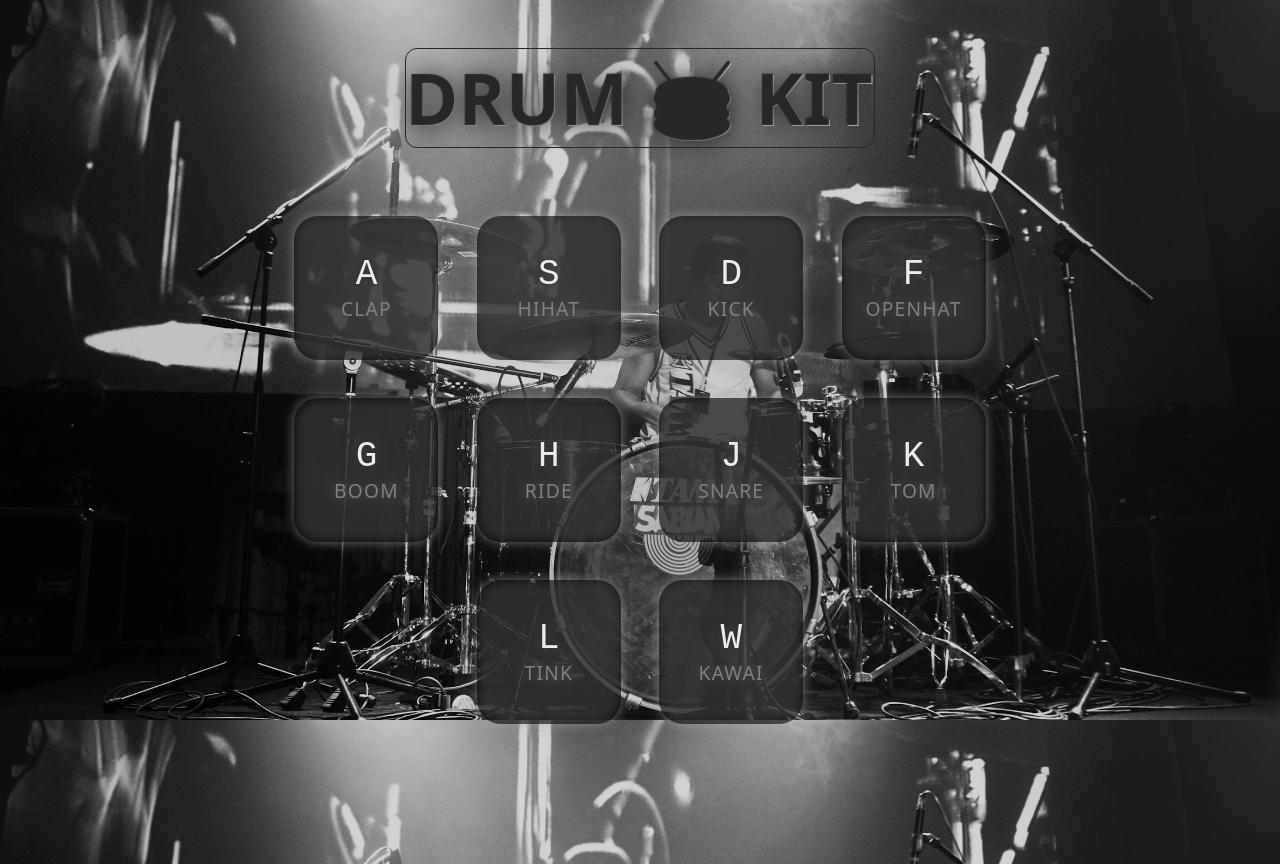
Repository: Freezler/drumkitJS
Page: index.html
These files come from the project's save history. The page is drawn as it stood at one moment and after the next save; the edit follows.
The browser window is 1280 px wide. The pictures show the whole page.
Backgrounds fixed to the window are drawn as part of the page.

Above is the page before, as saved 2024-08-24 13:00:44.
Console error: ReferenceError: key is not defined

### index.html
<!DOCTYPE html>
<html lang="en">

<head>
  <meta charset="UTF-8">
  <title>JS Drum Kit</title>
  <link rel="stylesheet" href="style.css">
  <link rel="icon" href="https://fav.farm/🔥" />
</head>

<body>
  <main>

    <h1>Drum 🥁 Kit</h1>

    <div class="keys">
      <div data-key="65" class="key">
        <kbd>A</kbd>
        <span class="sound">clap</span>
      </div>
      <div data-key="83" class="key">
        <kbd>S</kbd>
        <span class="sound">hihat</span>
      </div>
      <div data-key="68" class="key">
        <kbd>D</kbd>
        <span class="sound">kick</span>
      </div>
      <div data-key="70" class="key">
        <kbd>F</kbd>
        <span class="sound">openhat</span>
      </div>
      <div data-key="71" class="key">
        <kbd>G</kbd>
        <span class="sound">boom</span>
      </div>
      <div data-key="72" class="key">
        <kbd>H</kbd>
        <span class="sound">ride</span>
      </div>
      <div data-key="74" class="key">
        <kbd>J</kbd>
        <span class="sound">snare</span>
      </div>
      <div data-key="75" class="key">
        <kbd>K</kbd>
        <span class="sound">tom</span>
      </div>
      <div data-key="76" class="key">
        <kbd>L</kbd>
        <span class="sound">tink</span>
      </div>
      <div data-key="87" class="key">
        <kbd>W</kbd>
        <span class="sound">kawai</span>
      </div>
    </div>
  </main>

  <audio data-key="65" src="sounds/clap.wav"></audio>
  <audio data-key="83" src="sounds/hihat.wav"></audio>
  <audio data-key="68" src="sounds/kick.wav"></audio>
  <audio data-key="70" src="sounds/openhat.wav"></audio>
  <audio data-key="71" src="sounds/boom.wav"></audio>
  <audio data-key="72" src="sounds/ride.wav"></audio>
  <audio data-key="74" src="sounds/snare.wav"></audio>
  <audio data-key="75" src="sounds/tom.wav"></audio>
  <audio data-key="76" src="sounds/tink.wav"></audio>
  <audio data-key="87" src="sounds/kawai.wav"></audio>


  <script>
    function removeTransition(event) {
      const { propertyName } = event;
      if (propertyName !== 'transform') return;
      event.target.classList.remove('playing');
    }

    function playSound(event) {
      const keyCode = event.type === 'keydown' ? event.keyCode : this.getAttribute('data-key');
      const audio = document.querySelector(`audio[data-key="${keyCode}"]`);
      const key = document.querySelector(`.key[data-key="${keyCode}"]`);
      if (!audio) return;
      key.classList.add('playing');
      audio.currentTime = 0;
      audio.play();
    }

    window.addEventListener('keydown', playSound);

    const keys = document.querySelectorAll('.key');
    keys.forEach(key => {
      key.addEventListener('transitionend', removeTransition);
      key.addEventListener('click', playSound);
    });
    key.addEventListener('touchstart', function(event) {
        event.preventDefault();  // Prevent default touch behavior
        playSound.call(this, event);
      });
  </script>


</body>

</html>

### style.css
:root {
  --000: #f0fbfa;
  --100: #d8f5f5;
  --200: #b5eaec;
  --300: #63cfd5;
  --400: #48bfc8;
  --500: #2da2ad;
  --600: #288492;
  --700: #266b78;
  --800: #275963;
  --900: #254a54;
  --950: #133039;

}

html {
  font-size: 12px;
  background: url('./background2.jpg') bottom center;
  background-color: var(--950);
  background-size: cover;
  scroll-behavior: smooth;
  background-attachment: fixed;
  background-position: center center;
  background-repeat: no-repeat;
  height: 100vh;
  user-select: none;
  display: grid;
  place-items: center;
  mix-blend-mode:luminosity;
}

body,
html {
  margin: 0;
  padding: 0;
  font-family: system-ui, -apple-system, BlinkMacSystemFont, Roboto, Oxygen, Ubuntu, Cantarell, 'Open Sans', 'Helvetica Neue', sans-serif;


}

h1 {
  font-size: clamp(4rem, 2vw, 5em);
  font-weight: 400;
  text-align: center;
  color: var(--000);
  text-align: center;
  background-image: linear-gradient(90deg, var(--300) 0%, var(--200) 100%);
  border: 1px solid var(--950);
  border-radius: 12px;
  color: transparent;
  background-clip: text;
  -webkit-background-clip: text;
  text-transform: uppercase;
  font-size: clamp(6rem, 5vw, 10rem);
  text-shadow: 1px 1px 24px var(--950), -1px -1px 1px #133039;
  font-weight: 700;
}

main {
  place-self: center;
  display: grid;
  place-items: center;
  place-content: center;
  text-align: center;
  transition: all 0.07s;
  padding-bottom: 10rem;
}

.keys {
  display: grid;
  grid-template-columns: repeat(2, 1fr);
  /* Default for small screens */
  text-align: center;
  place-items: center;
}

.key {
  border-radius: 2rem;
  margin: 1.6rem;
transition-behavior: all 0.03s ease-in-out;
  transition: all 0.03s ease-in-out;
  /* Combined transition properties */
  width: 12rem;
  height: 12rem;
  display: grid;
  place-items: center;
  place-content: center;
  text-align: center;
  color: var(--100);
  filter: drop-shadow(0 0 .5rem var(--300));
  text-shadow: 0 0 .5rem var(--950);
  background: #01010199;
}

@media screen and (max-width: 759px) {
  .keys {
    grid-template-columns: repeat(2, 1fr);
    /* 2 columns for small screens */
    place-items: center;
    justify-content: center;
    height: 100vh;
  }
}

@media screen and (min-width: 760px) and (max-width: 980px) {
  .keys {
    grid-template-columns: repeat(3, 1fr);
    /* 3 columns for medium screens */
    place-items: center;
    /* Add your specific styles for this screen size range */
    .key[data-key="87"] {
      grid-column: 2;
      grid-row: 4;
    }
  }
}

@media screen and (min-width: 980px) {
  .keys {
    grid-template-columns: repeat(4, 1fr);
    place-items: center;
    .key[data-key="87"] {
      grid-column: 3;
      grid-row: 3;
    }

    .key[data-key="76"] {
      grid-column: 2;
      grid-row: 3;
    }

  }
}

.playing {
  transform: scale(1.07);
  transform-origin: center; /* Ensure the element scales from the center */
  border: solid var(--200);
  box-shadow: 0 0 1rem var(--300);
  filter: drop-shadow(0 0 .5rem var(--500));
}

kbd {
  display: block;
  font-size: 3rem;
}

.sound {
  font-size: 1.6rem;
  text-transform: uppercase;
  letter-spacing: .1rem;
  color: var(--500);
  filter: drop-shadow(0 0 24rem var(--100));
  text-shadow: 0 0 1rem var(--900);
  transition: all 0.07s;
  font-weight: 500;
}

After the next save:
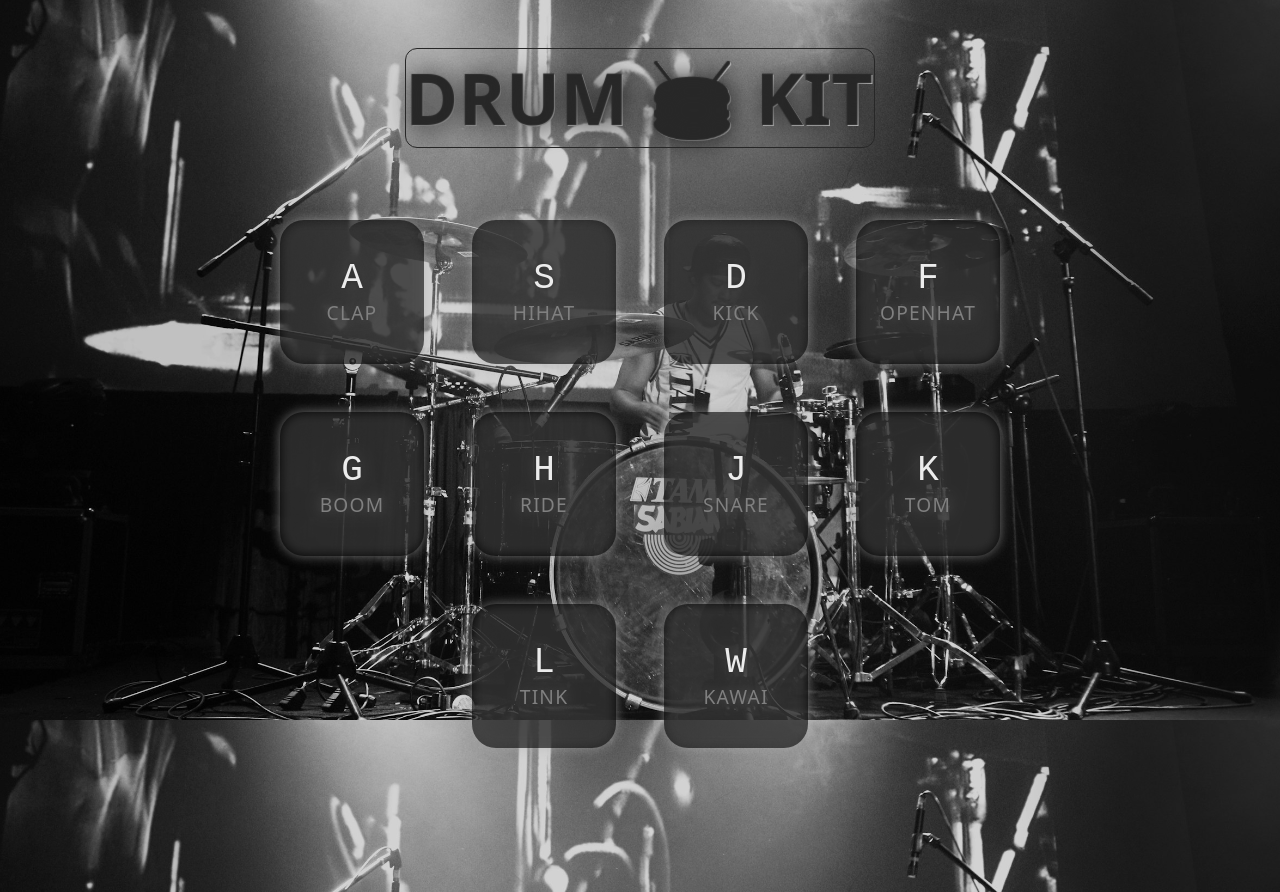
Saved 9 s later.
--- a/style.css
+++ b/style.css
@@ -76,7 +76,7 @@
 
 .key {
   border-radius: 2rem;
-  margin: 1.6rem;
+  margin: 2rem;
 transition-behavior: all 0.03s ease-in-out;
   transition: all 0.03s ease-in-out;
   /* Combined transition properties */
